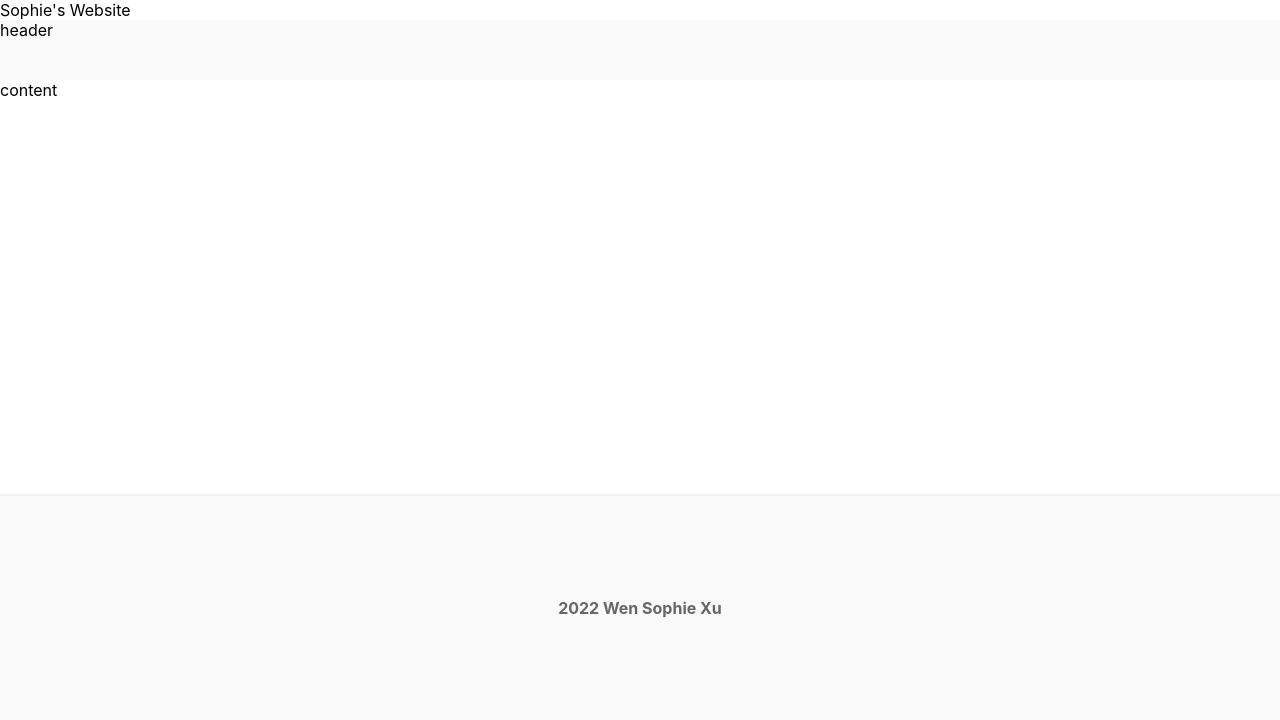
Repository: wenxi0504/myResume_app
Page: /works
The author's editor kept a copy of each file at every save. The page is drawn from the files as they stood at one save, then again after the next save.
The browser window is 1280 px wide. The pictures show the whole page.
The project was rebuilt for these pictures with package versions that can differ from the ones it lists, and the page was loaded fresh each time.

Above is the page before, as saved 2022-01-02 22:47:48.

After the next save:
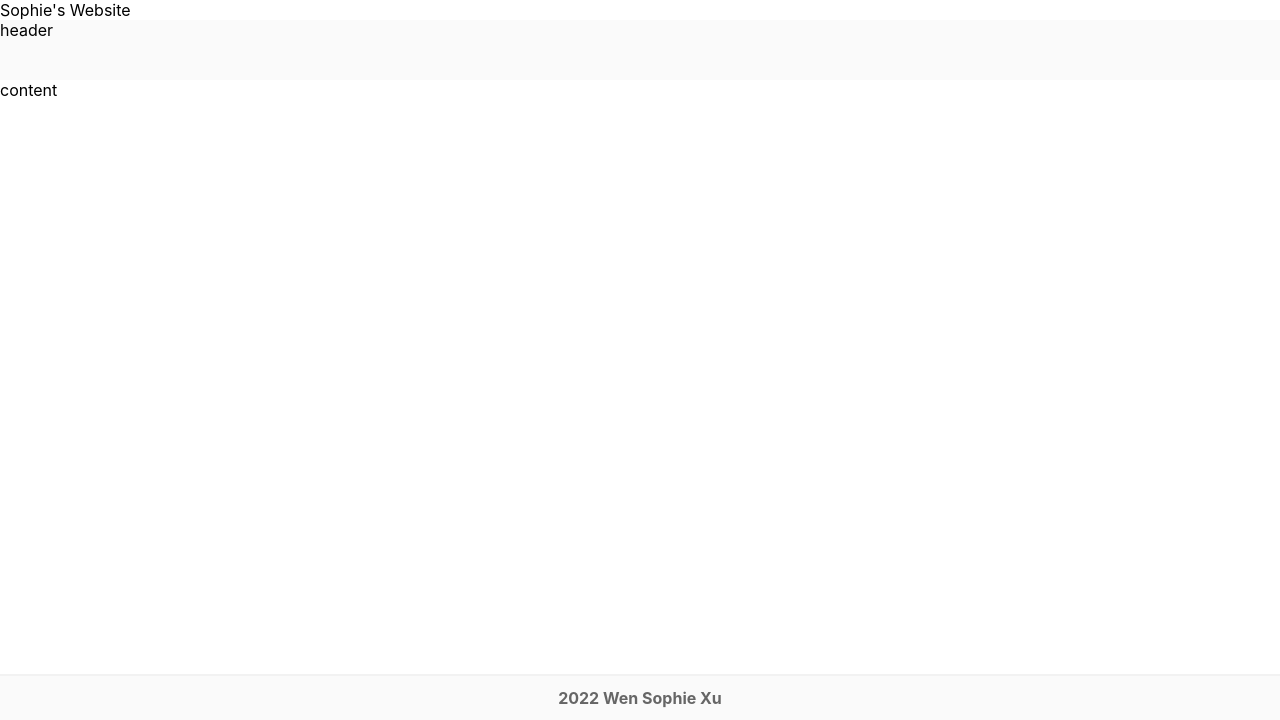
Saved 4 s later.
--- a/src/pages/App.module.scss
+++ b/src/pages/App.module.scss
@@ -49,7 +49,7 @@
   }
   .footer{
     text-align: center;
-    padding: 100px 0px;
+    padding: 10px 0px;
     color: rgb(102, 102, 102);
     background: #fafafa;
     border-top: 2px solid #f2f2f2;
